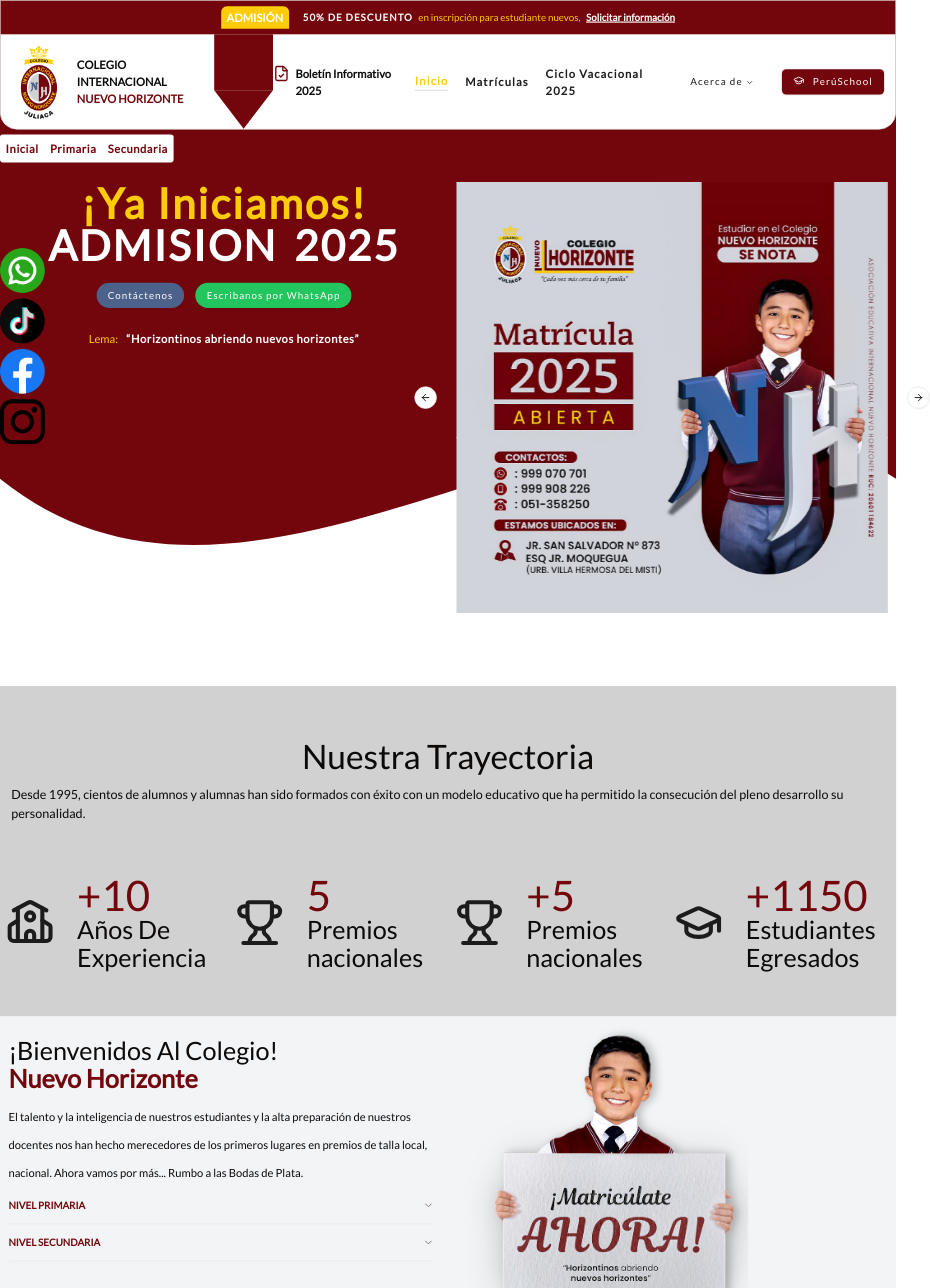
Repository: jefrydep/new_horizont_school
Page: /
These files come from the project's save history. The page is drawn as it stood at one moment and after the next save; the edit follows.
The browser window is 1280 px wide. The page is 1328 px wide, so the pictures cover 1328 px, including what lies to the right of the window. The pictures show the part of the page from y = 0 to 1840 px (the page is 4698 px tall before and 4318 px after), at 70% of full size.
The project was rebuilt for these pictures with package versions that can differ from the ones it lists, and the page was loaded fresh each time. The framework's server and built-in components were replaced by stand-ins that run in the browser. Also part of the build but not shown: next.config.ts.

Above is the page before, as saved 2024-11-28 12:54:29.

### src/app/layout.tsx
import type { Metadata } from "next";
import "./globals.css";
import Navbar from "@/components/Navbar";
import Footer from "@/components/Footer";


import { Lato } from 'next/font/google'

const lato = Lato({
  weight: '400',
  subsets: ['latin'],
  display: 'swap',
})

export const metadata: Metadata = {
  title: "COLEGIO INTERNACIONAL NUEVO HORIZONTE - JULIACA",
  description: "el mejor colegio de JULIACA,Colegio internacional nuevo horizonte",
};

export default function RootLayout({
  children,
}: Readonly<{
  children: React.ReactNode;
}>) {
  return (
    <html lang="es">

      <body
        className={` ${lato.className} antialiased `}
      >

        <div className="">
          <Navbar />
        </div>
        <main className="   ">

          {children}
          <div className="flex flex-col fixed  bottom-2     z-50   sm:top-1/2  gap-2">
            <a href="https://wa.me/+51999070701?text=Me%20gustar%C3%ADa%20recibir%20m%C3%A1s%20informaci%C3%B3n%20sobre%20el%20proceso%20de%20matr%C3%ADcula,%20requisitos%20y%20fechas%20importantes.%20Agradecer%C3%ADa%20su%20orientaci%C3%B3n%20para%20poder%20completar%20mi%20inscripci%C3%B3n%20de%20manera%20adecuada.%0A%0AQuedo%20atento%20a%20su%20respuesta.%0A%0ASaludos%20cordiales,%0A" target="_blank">
              {/* Solicitar información */}
              <img src="/whatsapp.png" alt="" className=" animate-bounce h-11  sm:h-16" />
            </a>

            <a href="https://www.tiktok.com/@colegionuevohorizonte" target="_blank">
              {/* Solicitar información */}
              <img src="/tik-tok.png" alt="" className=" animate-bounce h-11  sm:h-16 " />
            </a>
            <a href="https://www.facebook.com/internuevohorizonte  " target="_blank">
              {/* Solicitar información */}
              <img src="/facebook.png" alt="" className=" animate-bounce h-11  sm:h-16 " />
            </a>
            <a href="https://www.instagram.com/colegionuevohorizontejuliaca" target="_blank">
              {/* Solicitar información */}
              <img src="/instagram.png" alt="" className=" animate-bounce h-11  sm:h-16" />
            </a>
          </div>
        </main>
        <Footer />
      </body>
    </html>
  );
}

### src/app/page.tsx
import Form from "@/components/Form";
import Hero from "@/components/Hero";
import Location from "@/components/Location";
import PresentationCard from "@/components/PresentationCard";
import RegisterCard from "@/components/RegisterCard";
import StudentCard from "@/components/StudentCard";
import TrajectoryCard from "@/components/TrajectoryCard";

export default function Home() {
  return (
    <div className="">
      <Hero colorWave="#fff" title="¡Ya Iniciamos!" subtitle="ADMISION" year="2025" />
      <TrajectoryCard />
      <PresentationCard title="¡Bienvenidos Al Colegio!" subtitle="Nuevo Horizonte" />
      <StudentCard title="Nuestro Estudiante Es:" />
      <RegisterCard title="Proceso De Matrícula 2025" />
      <Form />
      <Location/>
    </div>
  );
}

### src/components/Form.tsx
import { Button } from "./ui/button";
import { Input } from "./ui/input";

export default function Form() {
    return (
        // <div className="bg-[#73060c]">
        <div className="bg-gray-100  py-8">
            <div className="container pb-8 m-auto sm:w-[720px] shadow-2xl rounded-lg">
                <div className="py-4">
                    <h5 className="font-bold mb-4  text-title  text-5xl text-center">Contáctanos</h5>
                    <h4 className="font-bold text-4xl text-center text-subtitle">Solicite Información</h4>
                </div>
                <form action="" >


                    <div className="flex flex-col gap-7 p-3 ">
                        <div>

                            <Input placeholder="Dni" />
                        </div>
                        <div className="flex gap-6 flex-col sm:flex-row">

                            <Input placeholder="Nombres" />
                            <Input placeholder="Apellidos" />
                        </div>

                        <div className="flex gap-6 flex-col sm:flex-row">

                            <Input placeholder="Celular  " />
                            <Input placeholder="Correo Electrónico  " />
                        </div>
                        <div className="flex justify-center">
                            <Button className=" bg-green-500  w-full  sm:w-60  text-white"  >

                                Enviar
                            </Button>
                        </div>
                    </div>
                </form>




            </div>

        </div>
    )
}

### src/components/Hero.tsx
"use client"
import { Button } from "./ui/button";

const imagesHero = [
  {
    id: 1,
    path: "/matricula-2025.jpg",
  },
  {
    id: 2,
    path: "/matricula-2025-2.jpg",
  },
  {
    id: 3,
    path: "/matricula-2025-3.jpg",
  },
  {
    id: 4,
    path: "/matricula-2025-4.jpg",
  },
  {
    id: 5,
    path: "/matricula-2025-5.jpg",
  },
];
import {
  Carousel,
  CarouselContent,
  CarouselItem,
  CarouselNext,
  CarouselPrevious,
} from "@/components/ui/carousel";
import Autoplay from "embla-carousel-autoplay";
import path from "path";
interface Props {
  title: string;
  subtitle: string;
  year?: string;
  img?: string;
  colorWave?: string;
}

export default function Hero({ title, subtitle, year, img, colorWave }: Props) {
  return (
    <div className=" bg-title  ">
      <section className="container m-auto sm:pt-8 pt-40">
        {/* Contenedor con la imagen, texto y botones */}
        <div className="    flex flex-col     sm:pt-40 relative">
          <div className="   flex flex-row text-title font-bold justify-center mb-7 w-full sm:w-min    h-min    px-2 py-2 tracking-wider rounded gap-4   bg-white">
            <span>Inicial</span>
            <span>Primaria</span>
            <span>Secundaria</span>
          </div>
          {/* <div className="">
            <img className="z-50" src="/matricula-2025.jpg" alt=""  />
          </div> */}
          <div className="flex flex-col sm:flex-row  ">
            <div className="   flex flex-col items-center sm:w-[50%] text-center px-4">
              <h1 className=" animate-slide-down-delay-2   text-4xl sm:text-6xl font-bold text-[#fbcc07] tracking-wider">
                {title}
                <br />
                <div>
                  <span className="text-white">{subtitle}</span>
                  <span className="text-white ml-6">{year}</span>
                </div>
              </h1>

              <div className="flex justify-center z-40   duration-75 text-white  gap-4 mt-6">
                <Button className="rounded-3xl   tracking-widest">
                  <a
                    href="https://wa.me/+51999070701?text=Me%20gustar%C3%ADa%20recibir%20m%C3%A1s%20informaci%C3%B3n%20sobre%20el%20proceso%20de%20matr%C3%ADcula,%20requisitos%20y%20fechas%20importantes.%20Agradecer%C3%ADa%20su%20orientaci%C3%B3n%20para%20poder%20completar%20mi%20inscripci%C3%B3n%20de%20manera%20adecuada.%0A%0AQuedo%20atento%20a%20su%20respuesta.%0A%0ASaludos%20cordiales,%0A"
                    target="_blank"
                  >
                    Contáctenos
                  </a>
                </Button>
                <Button className="bg-green-500  hover:bg-green-600  tracking-widest  rounded-3xl">
                  <a
                    href="https://wa.me/+51999070701?text=Me%20gustar%C3%ADa%20recibir%20m%C3%A1s%20informaci%C3%B3n%20sobre%20el%20proceso%20de%20matr%C3%ADcula,%20requisitos%20y%20fechas%20importantes.%20Agradecer%C3%ADa%20su%20orientaci%C3%B3n%20para%20poder%20completar%20mi%20inscripci%C3%B3n%20de%20manera%20adecuada.%0A%0AQuedo%20atento%20a%20su%20respuesta.%0A%0ASaludos%20cordiales,%0A"
                    target="_blank"
                  >
                    Escribanos por WhatsApp
                  </a>
                </Button>
              </div>
              <div className="flex gap-3 mt-8">
                <h5 className="text-subtitle ">Lema:</h5>
                <b className="tracking-wider text-white">
                  “Horizontinos abriendo nuevos horizontes”
                </b>
              </div>
            </div>

            {/* Imagen */}
            {/* <div className=" w-full  flex justify-center sm:w-[50%] z-10">
              <img
                src={img ? img : "/matricula-2025.jpg"}
                alt="Imagen principal"
                className=" h-[25rem] sm:h-[36rem]        "
              />
            </div> */}
            <Carousel
              plugins={[
                Autoplay({
                  delay: 4000,
                }),
              ]}
              className=" px-3    sm:w-[50%] z-10  "
            >
              <CarouselContent className="">
                {imagesHero.map((img) => (
                  <CarouselItem key={img.id}>
                    <div className=" ">
                      <div className="    flex justify-center   z-10">
                        <img
                          src={img.path}
                          alt="Imagen principal"
                          className="   w-full       "
                        />
                      </div>
                    </div>
                  </CarouselItem>
                ))}
              </CarouselContent>
              <CarouselPrevious />
              <CarouselNext />
            </Carousel>
          </div>
          <div className="absolute bottom-0 sm:hidden w-full h-16">
            <svg
              className="absolute bottom-0 left-0 w-full"
              viewBox="0 0 500 150"
              preserveAspectRatio="none"
            >
              <path
                d="M0.00,49.98 C149.54,170.23 349.20,-49.98 500.00,49.98 L500.00,150.00 L0.00,150.00 "
                fill={colorWave ? colorWave : "#1c1c1c"} // Color de la ola (puedes usar cualquier color)
              ></path>
            </svg>
          </div>
        </div>

        {/* La ola (wave) en la parte inferior */}
      </section>
      <div className="relative hidden sm:block  w-full h-16">
        <svg
          className="absolute bottom-0 left-0 w-full"
          viewBox="0 0 500 150"
          preserveAspectRatio="none"
        >
          <path
            d="M0.00,49.98 C149.54,170.23 349.20,-49.98 500.00,49.98 L500.00,150.00 L0.00,150.00 Z"
            // fill="#73060C" // Color de la ola (puedes usar cualquier color)
            fill={colorWave ? colorWave : "#1c1c1c"} // Color de la ola (puedes usar cualquier color)
          ></path>
        </svg>
      </div>
    </div>
  );
}

### src/components/Location.tsx

export default function Location() {
    return (
        <div className='w-full container m-auto bg-red-400'>
            {/* <iframe src="https://www.google.com/maps/embed?pb=!1m18!1m12!1m3!1d3844.9316625787906!2d-70.12231792745375!3d-15.488107585110283!2m3!1f0!2f0!3f0!3m2!1i1024!2i768!4f13.1!3m3!1m2!1s0x9167f3956c2bda63%3A0x64c4524617e0482a!2sColegio%20Nuevo%20Horizonte!5e0!3m2!1ses-419!2spe!4v1731094832258!5m2!1ses-419!2spe" width="600" height="450" style="border:0;" allowfullscreen="" loading="lazy" referrerpolicy="no-referrer-when-downgrade"></iframe> */}
            <iframe src="https://www.google.com/maps/embed?pb=!1m18!1m12!1m3!1d3844.9316625787906!2d-70.12231792745375!3d-15.488107585110283!2m3!1f0!2f0!3f0!3m2!1i1024!2i768!4f13.1!3m3!1m2!1s0x9167f3956c2bda63%3A0x64c4524617e0482a!2sColegio%20Nuevo%20Horizonte!5e0!3m2!1ses-419!2spe!4v1731094832258!5m2!1ses-419!2spe" width="100%" height="450"   loading="lazy"  ></iframe>
        </div>
    )
}

### src/components/StudentCard.tsx
import { Check } from "lucide-react";
const student = [
    {
        id: 1,
        profile: "Puntual"
    },
    {
        id: 2,
        profile: "Respetuoso"
    },
    {
        id: 3,
        profile: "Responsable"
    },
    {
        id: 4,
        profile: "Honesto"
    },

]
interface Props {
    title: string;

}
export default function StudentCard({ title }: Props) {
    return (
        <div className="bg-[#fbcc07] pt-8">

            <h4 className="text-4xl  text-title text-center font-bold">{title}</h4>
            <div className="container grid  grid-cols-1 sm:grid-cols-2   m-auto p-3">
                <div>
                    <img src="/SECUNDARIA.png" alt="nivel primaria" className="h-[23rem] sm:h-[33rem]" />
                </div>
                <div className="  w-full ">
                    {/* <h4 className="text-4xl">{subtitle}</h4> */}
                    <div className="leading-10 text-base mt-4">
                        {student.map(student => (



                            <span key={student.id} className="flex   items-center">
                                <Check />
                                <p className="ml-3">
                                    {student.profile}
                                </p>
                            </span>
                        ))}

                    </div>

                </div>


            </div>
        </div>
    )
}

### src/components/ui/button.tsx
import * as React from "react"
import { Slot } from "@radix-ui/react-slot"
import { cva, type VariantProps } from "class-variance-authority"

import { cn } from "@/lib/utils"

const buttonVariants = cva(
  "inline-flex items-center justify-center gap-2 whitespace-nowrap rounded-md text-sm font-medium transition-colors focus-visible:outline-none focus-visible:ring-1 focus-visible:ring-ring disabled:pointer-events-none disabled:opacity-50 [&_svg]:pointer-events-none [&_svg]:size-4 [&_svg]:shrink-0",
  {
    variants: {
      variant: {
        default:
          "bg-primary text-primary-foreground shadow hover:bg-primary/90",
        destructive:
          "bg-destructive text-destructive-foreground shadow-sm hover:bg-destructive/90",
        outline:
          "border border-input bg-background shadow-sm hover:bg-accent hover:text-accent-foreground",
        secondary:
          "bg-secondary text-secondary-foreground shadow-sm hover:bg-secondary/80",
        ghost: "hover:bg-accent hover:text-accent-foreground",
        link: "text-primary underline-offset-4 hover:underline",
      },
      size: {
        default: "h-9 px-4 py-2",
        sm: "h-8 rounded-md px-3 text-xs",
        lg: "h-10 rounded-md px-8",
        icon: "h-9 w-9",
      },
    },
    defaultVariants: {
      variant: "default",
      size: "default",
    },
  }
)

export interface ButtonProps
  extends React.ButtonHTMLAttributes<HTMLButtonElement>,
    VariantProps<typeof buttonVariants> {
  asChild?: boolean
}

const Button = React.forwardRef<HTMLButtonElement, ButtonProps>(
  ({ className, variant, size, asChild = false, ...props }, ref) => {
    const Comp = asChild ? Slot : "button"
    return (
      <Comp
        className={cn(buttonVariants({ variant, size, className }))}
        ref={ref}
        {...props}
      />
    )
  }
)
Button.displayName = "Button"

export { Button, buttonVariants }

### src/components/ui/input.tsx
import * as React from "react"

import { cn } from "@/lib/utils"

const Input = React.forwardRef<HTMLInputElement, React.ComponentProps<"input">>(
  ({ className, type, ...props }, ref) => {
    return (
      <input
        type={type}
        className={cn(
          "flex h-9 w-full rounded-md border  border-title bg-transparent  px-3 py-1 text-base shadow-sm transition-colors file:border-0 file:bg-transparent file:text-sm file:font-medium file:text-foreground placeholder:text-muted-foreground focus-visible:outline-none focus-visible:ring-1 focus-visible:ring-ring disabled:cursor-not-allowed disabled:opacity-50 md:text-sm",
          className
        )}
        ref={ref}
        {...props}
      />
    )
  }
)
Input.displayName = "Input"

export { Input }

### src/components/ui/accordion.tsx
"use client"

import * as React from "react"
import * as AccordionPrimitive from "@radix-ui/react-accordion"
import { ChevronDown } from "lucide-react"

import { cn } from "@/lib/utils"

const Accordion = AccordionPrimitive.Root

const AccordionItem = React.forwardRef<
  React.ElementRef<typeof AccordionPrimitive.Item>,
  React.ComponentPropsWithoutRef<typeof AccordionPrimitive.Item>
>(({ className, ...props }, ref) => (
  <AccordionPrimitive.Item
    ref={ref}
    className={cn("border-b", className)}
    {...props}
  />
))
AccordionItem.displayName = "AccordionItem"

const AccordionTrigger = React.forwardRef<
  React.ElementRef<typeof AccordionPrimitive.Trigger>,
  React.ComponentPropsWithoutRef<typeof AccordionPrimitive.Trigger>
>(({ className, children, ...props }, ref) => (
  <AccordionPrimitive.Header className="flex">
    <AccordionPrimitive.Trigger
      ref={ref}
      className={cn(
        "flex flex-1 items-center justify-between py-4 text-sm font-medium transition-all hover:underline text-left [&[data-state=open]>svg]:rotate-180",
        className
      )}
      {...props}
    >
      {children}
      <ChevronDown className="h-4 w-4 shrink-0 text-muted-foreground transition-transform duration-200" />
    </AccordionPrimitive.Trigger>
  </AccordionPrimitive.Header>
))
AccordionTrigger.displayName = AccordionPrimitive.Trigger.displayName

const AccordionContent = React.forwardRef<
  React.ElementRef<typeof AccordionPrimitive.Content>,
  React.ComponentPropsWithoutRef<typeof AccordionPrimitive.Content>
>(({ className, children, ...props }, ref) => (
  <AccordionPrimitive.Content
    ref={ref}
    className="overflow-hidden text-sm data-[state=closed]:animate-accordion-up data-[state=open]:animate-accordion-down"
    {...props}
  >
    <div className={cn("pb-4 pt-0", className)}>{children}</div>
  </AccordionPrimitive.Content>
))
AccordionContent.displayName = AccordionPrimitive.Content.displayName

export { Accordion, AccordionItem, AccordionTrigger, AccordionContent }

### tailwind.config.ts
import type { Config } from "tailwindcss";

export default {
	darkMode: ["class"],
	content: [
		"./src/pages/**/*.{js,ts,jsx,tsx,mdx}",
		"./src/components/**/*.{js,ts,jsx,tsx,mdx}",
		"./src/app/**/*.{js,ts,jsx,tsx,mdx}",
	],
	theme: {
    	extend: {
    		colors: {
    			background: 'hsl(var(--background))',
    			foreground: 'hsl(var(--foreground))',
    			card: {
    				DEFAULT: 'hsl(var(--card))',
    				foreground: 'hsl(var(--card-foreground))'
    			},
    			popover: {
    				DEFAULT: 'hsl(var(--popover))',
    				foreground: 'hsl(var(--popover-foreground))'
    			},
    			primary: {
    				DEFAULT: '#4c628a'
    			},
    			secondary: {
    				DEFAULT: '#1c1c1c'
    			},
    			backgroundGray: {
    				DEFAULT: '#d1d1d1'
    			},
				title:{
					DEFAULT:"#73060C"
				},
				subtitle:{
					DEFAULT:"#fbcc07"
				},
    			muted: {
    				DEFAULT: 'hsl(var(--muted))',
    				foreground: 'hsl(var(--muted-foreground))'
    			},
    			accent: {
    				DEFAULT: 'hsl(var(--accent))',
    				foreground: 'hsl(var(--accent-foreground))'
    			},
    			destructive: {
    				DEFAULT: 'hsl(var(--destructive))',
    				foreground: 'hsl(var(--destructive-foreground))'
    			},
    			border: 'hsl(var(--border))',
    			input: 'hsl(var(--input))',
    			ring: 'hsl(var(--ring))',
    			chart: {
    				'1': 'hsl(var(--chart-1))',
    				'2': 'hsl(var(--chart-2))',
    				'3': 'hsl(var(--chart-3))',
    				'4': 'hsl(var(--chart-4))',
    				'5': 'hsl(var(--chart-5))'
    			}
    		},
    		borderRadius: {
    			lg: 'var(--radius)',
    			md: 'calc(var(--radius) - 2px)',
    			sm: 'calc(var(--radius) - 4px)'
    		},
    		keyframes: {
    			'accordion-down': {
    				from: {
    					height: '0'
    				},
    				to: {
    					height: 'var(--radix-accordion-content-height)'
    				}
    			},
    			'accordion-up': {
    				from: {
    					height: 'var(--radix-accordion-content-height)'
    				},
    				to: {
    					height: '0'
    				}
    			}
    		},
    		animation: {
    			'accordion-down': 'accordion-down 0.2s ease-out',
    			'accordion-up': 'accordion-up 0.2s ease-out'
    		}
    	}
    },
	plugins: [require("tailwindcss-animate")],
} satisfies Config;

Loaded but not shown: src/lib/utils.ts (common file); src/app/data/data.ts (459 lines, source omitted); src/components/Navbar.tsx (260 lines, source omitted); src/components/RegisterCard.tsx (178 lines, source omitted); src/components/ui/carousel.tsx (262 lines, source omitted); src/components/ui/navigation-menu.tsx (128 lines, source omitted); src/components/ui/sheet.tsx (140 lines, source omitted); src/components/Footer.tsx (97 lines, source omitted); src/components/TrajectoryCard.tsx (65 lines, source omitted); src/components/PresentationCard.tsx (66 lines, source omitted); src/app/globals.css (97 lines, source omitted)

After the next save:
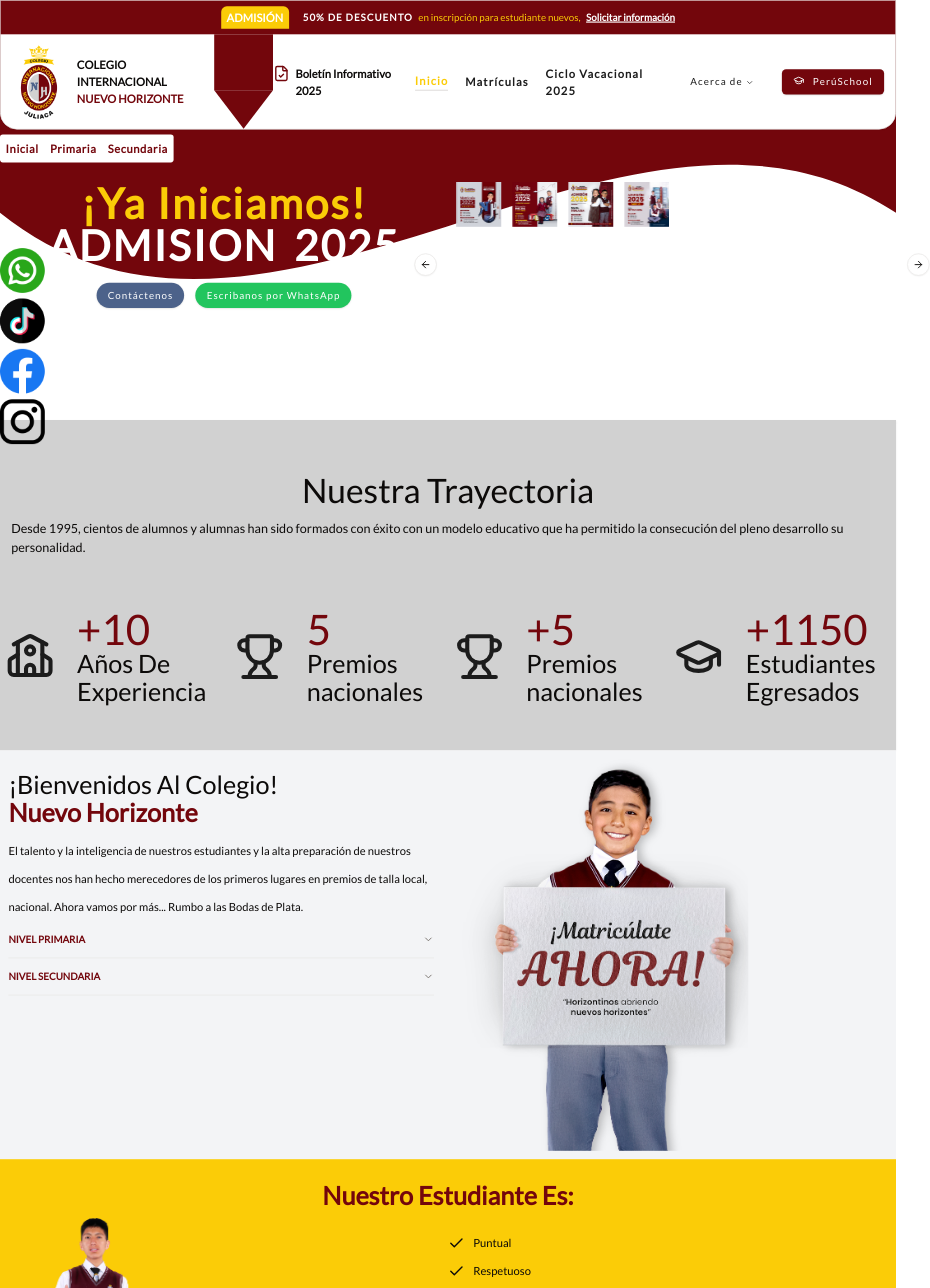
Saved 24 s later.
--- a/src/components/Hero.tsx
+++ b/src/components/Hero.tsx
@@ -107,7 +107,7 @@ export default function Hero({ title, subtitle, year, img, colorWave }: Props) {
               ]}
               className=" px-3    sm:w-[50%] z-10  "
             >
-              <CarouselContent className="">
+              <CarouselContent className="w-min">
                 {imagesHero.map((img) => (
                   <CarouselItem key={img.id}>
                     <div className=" ">
